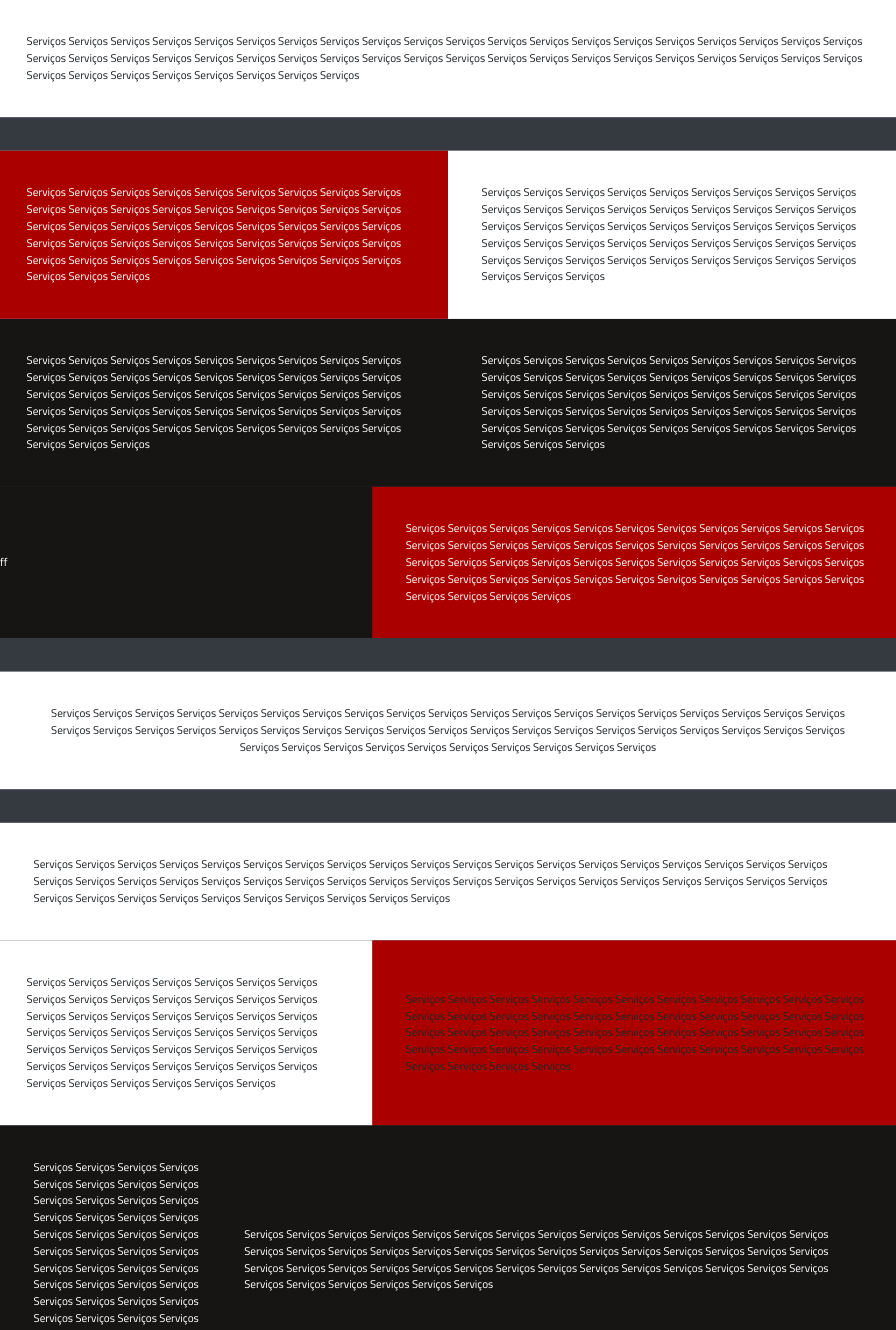
Repository: SkyTeam-Dev/Outlet_Site
Page: Site/index.html
An editor plug-in stored every save of this project. The page is shown before and after the next save, followed by the edit.
The browser window is 1280 px wide. The pictures show the part of the page from y = 1008 to 2908 px (the page is 3048 px tall before and 3028 px after), at 70% of full size.
Some web libraries are served in a nearby version.

Above is the page before, as saved 2025-03-21 09:15:05.

### Site/index.html
<!DOCTYPE html>
<html lang="pt-br">

<head>
    <title>:: Outlet by Skyteam ::</title>
    <!-- Define uma descrição otimizada para mecanismos de busca (Maximo 160 caracteres mas o recomendado é 50 caracteres) -->
    <meta name="description"
        content="CADASTRO SIMPLES, DESCONTOS E CASHBACK A viagem do seu cliente com as melhores condições Conectamos o agente a descontos imbatíveis Ofereça seus serviços a preços mais atrativos com a Outlet By Skyteam, uma plataforma para reservas de aéreo, hotelaria, seguro-viagem e locação nacional com descontos e cashback, projetada para qualquer agente de viagem" />
    <!-- Define palavras-chave (não tem mais impacto no Google, mas pode ajudar em outros mecanismos) -->
    <meta name="keywords" content="palavra-chave1, palavra-chave2, palavra-chave3">
    <meta charset="utf-8">
    <meta http-equiv="X-UA-Compatible" content="IE=edge">
    <link rel="canonical" href="https://outlet.tur.br/" />
    <link rel='shortlink' href='https://outlet.tur.br/' />

    <!-- Define a indexação pelos mecanismos de busca -->
    <meta name="robots" content="index, follow"> <!-- Para indexar e seguir links -->
    <meta name="googlebot" content="index, follow"> <!-- Específico para o Google -->
    <meta name="bingbot" content="index, follow"> <!-- Específico para o Bing -->

    <!-- GOOGLE JSON-LD para SEO -->
    <script type="application/ld+json">
        {
          "@context": "https://schema.org",
          "@type": "WebSite",
          "name": "Outlet by Skyteam",
          "url": "https://outlet.tur.br",
          "description": "CADASTRO SIMPLES, DESCONTOS E CASHBACK A viagem do seu cliente com as melhores condições Conectamos o agente a descontos imbatíveis Ofereça seus serviços a preços mais atrativos com a Outlet By Skyteam, uma plataforma para reservas de aéreo, hotelaria, seguro-viagem e locação nacional com descontos e cashback, projetada para qualquer agente de viagem.",
          "image": "https://outlet.tur.br/Templates/Default/Imagens/OG_Outlet_Base.jpg",
          "author": {
            "@type": "Person",
            "name": "Outlet"
          },
          "publisher": {
            "@type": "Organization",
            "name": "Outlet by Skyteam",
            "logo": {
              "@type": "ImageObject",
              "url": "https://outlet.tur.br/Templates/Default/Imagens/OG_Outlet_Base.jpg"
            }
          }
        }
        </script>
    <!-- GOOGLE JSON-LD para SEO -->

    <!-- Define o autor do conteúdo -->
    <meta name="author" content="Outlet by Skyteam">

    <!-- Controla como o Google exibe o snippet do site -->
    <meta name="google" content="nosnippet"> <!-- Impede snippets na SERP -->
    <meta name="google" content="max-snippet:-1, max-image-preview:large, max-video-preview:-1">
    <!-- Personaliza como o conteúdo é mostrado -->

    <!-- Diz ao Google para não traduzir a página automaticamente -->
    <meta name="google" content="notranslate">

    <!-- Define a geolocalização para buscas locais -->
    <meta name="DC.title" content="Outlet By SkyTeam" />
    <meta name="geo.region" content="BR-RS" />
    <meta name="geo.placename" content="Porto Alegre" />
    <meta name="geo.position" content="-30.030205;-51.229975" />
    <meta name="ICBM" content="-30.030205, -51.229975" />
    <!-- Criador do conteúdo -->
    <meta name="DC.creator" content="Outlet By SkyTeam">
    <!-- Assunto ou tema do conteúdo -->
    <meta name="DC.subject" content="CADASTRO SIMPLES, DESCONTOS E CASHBACK para qualquer agente de viagem"">
<!-- Descrição do conteúdo -->
<meta name=" DC.description"
        content="CADASTRO SIMPLES, DESCONTOS E CASHBACK A viagem do seu cliente com as melhores condições Conectamos o agente a descontos imbatíveis Ofereça seus serviços a preços mais atrativos com a Outlet By Skyteam, uma plataforma para reservas de aéreo, hotelaria, seguro-viagem e locação nacional com descontos e cashback, projetada para qualquer agente de viagem">

    <!-- Editora ou organização responsável -->
    <meta name="publisher" content="Outlet By SkyTeam">
    <!-- Identificador único (ex: URL, DOI) -->
    <meta name="identifier" content="https://outlet.tur.br">
    <!-- Idioma do conteúdo -->
    <meta name="language" content="pt-BR">

    <!-- Direitos autorais e licenciamento -->
    <meta name="rights" content="© 2025 Outlet By SkyTeam. Todos os direitos reservados.">


    <!-- Definição do protocolo Open Graph BASE -->
    <meta property="og:type" content="website">
    <!-- URL canônica da página -->
    <meta property="og:url" content="https://outlet.tur.br/">
    <!-- Título que aparecerá no compartilhamento -->
    <meta property="og:title" content="Outlet by Skyteam">
    <!-- Descrição curta e chamativa -->
    <meta property="og:description"
        content="CADASTRO SIMPLES, DESCONTOS E CASHBACK A viagem do seu cliente com as melhores condições Conectamos o agente a descontos imbatíveis Ofereça seus serviços a preços mais atrativos com a Outlet By Skyteam, uma plataforma para reservas de aéreo, hotelaria, seguro-viagem e locação nacional com descontos e cashback, projetada para qualquer agente de viagem">
    <!-- Imagem para exibição no compartilhamento -->
    <meta property="og:image" content="https://outlet.tur.br/Templates/Default/Imagens/OG_Outlet_Base.jpg">
    <!-- 1200x630 pixels é o tamanho recomendado pelo Facebook e outras redes sociais -->
    <meta property="og:image:alt" content="Logo da Outlet descrição">
    <!-- Especificações adicionais para a imagem -->
    <meta property="og:image:width" content="1200">
    <meta property="og:image:height" content="630">
    <!-- Nome do site (opcional, mas recomendado) -->
    <meta property="og:site_name" content="Outlet by Skyteam">
    <!-- Idioma da página -->
    <meta property="og:locale" content="pt_BR">
    <!-- Definição do protocolo Open Graph BASE -->

    <!-- Twitter Card -->
    <meta name="twitter:card" content="summary_large_image">
    <meta name="twitter:title" content="Outlet by Skyteam">
    <meta name="twitter:description"
        content="CADASTRO SIMPLES, DESCONTOS E CASHBACK A viagem do seu cliente com as melhores condições Conectamos o agente a descontos imbatíveis Ofereça seus serviços a preços mais atrativos com a Outlet By Skyteam, uma plataforma para reservas de aéreo, hotelaria, seguro-viagem e locação nacional com descontos e cashback, projetada para qualquer agente de viagem">
    <meta name="twitter:image" content="https://outlet.tur.br/Templates/Default/Imagens/OG_Outlet_Base.jpg">
    <!-- Twitter Card -->



    <meta name="viewport" content="width=device-width, initial-scale=1, shrink-to-fit=no">

    <link rel='preconnect' href='//fonts.googleapis.com' />
    <link rel="preconnect" href="//fonts.gstatic.com" crossorigin>
    <link rel='preconnect' href='//jsdelivr.net' />
    <link rel='preconnect' href='//cdn.jsdelivr.net' />
    <link rel='preconnect' href='//code.jquery.com' />



    <!-- CSS -->
    <link rel="stylesheet" href="https://cdn.jsdelivr.net/npm/font-awesome@4.7.0/css/font-awesome.min.css">
    <link rel="stylesheet" href="https://cdn.jsdelivr.net/npm/bootstrap@4.0.0/dist/css/bootstrap.min.css"
        integrity="sha384-Gn5384xqQ1aoWXA+058RXPxPg6fy4IWvTNh0E263XmFcJlSAwiGgFAW/dAiS6JXm" crossorigin="anonymous">
    <link rel="stylesheet" href="Templates/Default/CSS/bootstrap.css">
    <link rel="stylesheet" href="Templates/Default/CSS/Site.css">
    <!-- CSS -->

    <!-- Favicon -->


    <!-- Favicon e Theme Color-->
    <link rel="icon" type="image/png" href="Templates/Default/Imagens/Favicons/favicon-96x96.png" sizes="96x96" />
    <link rel="icon" type="image/svg+xml" href="Templates/Default/Imagens/Favicons/favicon.svg" />
    <link rel="shortcut icon" href="Templates/Default/Imagens/Favicons/favicon.ico" />
    <link rel="icon" href="Templates/Default/Imagens/Favicons/favicon.ico" type="image/x-icon">
    <link rel="apple-touch-icon" sizes="180x180" href="Templates/Default/Imagens/Favicons/apple-touch-icon.png" />
    <link rel="manifest" href="Templates/Default/Imagens/Favicons/site.webmanifest" />
    <link rel="apple-touch-icon" href="Templates/Default/Imagens/Favicons/favicon-96x96.png">
    <meta name="msapplication-TileImage" content="Templates/Default/Imagens/Favicons/favicon-96x96.png">
    <meta name="theme-color" content="#aa0000">
    <meta name="apple-mobile-web-app-capable" content="yes">
    <meta name="apple-mobile-web-app-status-bar-style" content="black-translucent">
    <meta name="msapplication-TileColor" content="#aa0000">
    <!-- Favicon -->


    <!-- Rastreamento e Comunicação -->

    <!-- Rastreamento e Comunicação -->
</head>

<body>

    <div class="container-fluid" id="Site">

        <div class="row bg-dark">

            <section class="hero" id="Cabecalho-Superior">
                <div class="container-fluid justify-content-center">
                    <!-- =========================== CABEÇALHO (NAVBAR) ============================ -->

                    <header class="p-0">
                        <nav class="col-lg-12 navbar navbar-expand-lg navbar-dark mt-5">
                            <div class="container">
                                <!-- Logo / Marca -->
                                <a class="navbar-brand" href="#">
                                    <!-- Pode inserir um logo ou texto -->
                                    <img src="Templates/Default/Imagens/LOGO1.png" class='img-fluid ml-3' alt="Logo"
                                        style="height: 60px;">
                                    <!-- Ou usar apenas texto:
                          <span>Outlet</span>
                          -->
                                </a>

                                <!-- Botão para exibir/ocultar menu no mobile -->
                                <button class="navbar-toggler" type="button" data-toggle="collapse"
                                    data-target="#navbarNav" aria-controls="navbarNav" aria-expanded="false"
                                    aria-label="Toggle navigation">
                                    <span class="navbar-toggler-icon"></span>
                                </button>

                                <!-- Itens de navegação -->
                                <div class="collapse navbar-collapse" id="navbarNav">
                                    <ul class="navbar-nav ml-auto">
                                        <!-- Ajuste as rotas conforme necessidade -->
                                        <li class="nav-item btn font-weight-bold">
                                            <a class="nav-link" href="#">Home</a>
                                        </li>
                                        <li class="nav-item btn font-weight-bold">
                                            <a class="nav-link" href="#">Cadastro</a>
                                        </li>
                                        <li class="nav-item btn font-weight-bold">
                                            <a class="nav-link" href="#">Dúvidas</a>
                                        </li>
                                        <li class="nav-item btn btn-primary text-white font-weight-bold">
                                            <a class="nav-link text-white" href="#">Portal Outlet</a>
                                        </li>
                                    </ul>
                                </div>
                            </div>
                        </nav>
                    </header>

                    <div class="row justify-content-center">

                        <div class="col-md-10 hero-content ">
                            <!-- Título principal -->
                            <h1 class="font-weight-light text-uppercase">Cadastro simples,</h1>
                            <h1 class="font-weight-bold text-uppercase">descontos intuitivos e Cashback</h1>
                            <!-- Texto de apoio -->
                            <h3>
                                A viagem do seu cliente com as melhores condições
                            </h3>
                            <!-- Botão de ação (CTA) -->
                            <a href="#" class="mt-5 btn btn-primary btn-lg">Começar Agora</a>
                        </div>
                        <div class="col-md-2 hero-content ">
                        </div>

                    </div>
                </div>
            </section>





            <div class="row bg-white mb-5">
                <div id="Servicos" class="col-xl-12 CentralizadorDeConteudo p-5">
                    Serviços Serviços Serviços Serviços Serviços Serviços Serviços Serviços Serviços Serviços Serviços
                    Serviços Serviços Serviços Serviços Serviços Serviços Serviços Serviços Serviços Serviços Serviços
                    Serviços Serviços Serviços Serviços Serviços Serviços Serviços Serviços Serviços Serviços Serviços
                    Serviços Serviços Serviços Serviços Serviços Serviços Serviços Serviços Serviços Serviços Serviços
                    Serviços Serviços Serviços Serviços
                </div>
            </div>

            <div id="Analise_Credito" class="row bg-white">
                <div class="col-xl-6 bg-primary text-white p-5 CentralizadorDeConteudo">
                    Serviços Serviços Serviços Serviços Serviços Serviços Serviços Serviços Serviços Serviços Serviços
                    Serviços Serviços Serviços Serviços Serviços Serviços Serviços Serviços Serviços Serviços Serviços
                    Serviços Serviços Serviços Serviços Serviços Serviços Serviços Serviços Serviços Serviços Serviços
                    Serviços Serviços Serviços Serviços Serviços Serviços Serviços Serviços Serviços Serviços Serviços
                    Serviços Serviços Serviços Serviços
                </div>
                <div class="col-xl-6 bg-white p-5 CentralizadorDeConteudo">
                    Serviços Serviços Serviços Serviços Serviços Serviços Serviços Serviços Serviços Serviços Serviços
                    Serviços Serviços Serviços Serviços Serviços Serviços Serviços Serviços Serviços Serviços Serviços
                    Serviços Serviços Serviços Serviços Serviços Serviços Serviços Serviços Serviços Serviços Serviços
                    Serviços Serviços Serviços Serviços Serviços Serviços Serviços Serviços Serviços Serviços Serviços
                    Serviços Serviços Serviços Serviços
                </div>
            </div>

            <div id="CheckList" class="row bg-gray-site text-white">
                <div class="col-xl-6 p-5 CentralizadorDeConteudo">
                    Serviços Serviços Serviços Serviços Serviços Serviços Serviços Serviços Serviços Serviços Serviços
                    Serviços Serviços Serviços Serviços Serviços Serviços Serviços Serviços Serviços Serviços Serviços
                    Serviços Serviços Serviços Serviços Serviços Serviços Serviços Serviços Serviços Serviços Serviços
                    Serviços Serviços Serviços Serviços Serviços Serviços Serviços Serviços Serviços Serviços Serviços
                    Serviços Serviços Serviços Serviços
                </div>
                <div class="col-xl-6 p-5 CentralizadorDeConteudo">
                    Serviços Serviços Serviços Serviços Serviços Serviços Serviços Serviços Serviços Serviços Serviços
                    Serviços Serviços Serviços Serviços Serviços Serviços Serviços Serviços Serviços Serviços Serviços
                    Serviços Serviços Serviços Serviços Serviços Serviços Serviços Serviços Serviços Serviços Serviços
                    Serviços Serviços Serviços Serviços Serviços Serviços Serviços Serviços Serviços Serviços Serviços
                    Serviços Serviços Serviços Serviços
                </div>
            </div>


            <div id="Pague_por_Pix" class="row text-white">
                <div class="col-xl-5 mb-5 CentralizadorDeConteudo bg-gray-site">
                    ff
                </div>
                <div class="col-xl-7 mb-5 p-5 CentralizadorDeConteudo bg-primary">
                    Serviços Serviços Serviços Serviços Serviços Serviços Serviços Serviços Serviços Serviços Serviços
                    Serviços Serviços Serviços Serviços Serviços Serviços Serviços Serviços Serviços Serviços Serviços
                    Serviços Serviços Serviços Serviços Serviços Serviços Serviços Serviços Serviços Serviços Serviços
                    Serviços Serviços Serviços Serviços Serviços Serviços Serviços Serviços Serviços Serviços Serviços
                    Serviços Serviços Serviços Serviços
                </div>
            </div>

            <div class="row bg-white mb-5 text-center p-5">
                <div id="Rentabilidade" class="col-xl-12 CentralizadorDeConteudo">
                    Serviços Serviços Serviços Serviços Serviços Serviços Serviços Serviços Serviços Serviços Serviços
                    Serviços Serviços Serviços Serviços Serviços Serviços Serviços Serviços Serviços Serviços Serviços
                    Serviços Serviços Serviços Serviços Serviços Serviços Serviços Serviços Serviços Serviços Serviços
                    Serviços Serviços Serviços Serviços Serviços Serviços Serviços Serviços Serviços Serviços Serviços
                    Serviços Serviços Serviços Serviços
                </div>
            </div>

            <div class="row bg-white p-5">
                <div id="CashBack" class="col-xl-12 CentralizadorDeConteudo">
                    Serviços Serviços Serviços Serviços Serviços Serviços Serviços Serviços Serviços Serviços Serviços
                    Serviços Serviços Serviços Serviços Serviços Serviços Serviços Serviços Serviços Serviços Serviços
                    Serviços Serviços Serviços Serviços Serviços Serviços Serviços Serviços Serviços Serviços Serviços
                    Serviços Serviços Serviços Serviços Serviços Serviços Serviços Serviços Serviços Serviços Serviços
                    Serviços Serviços Serviços Serviços
                </div>
            </div>

            <div id="Pos_Venda" class="row">
                <div class="col-xl-5 CentralizadorDeConteudo bg-white p-5">
                    Serviços Serviços Serviços Serviços Serviços Serviços Serviços Serviços Serviços Serviços Serviços
                    Serviços Serviços Serviços Serviços Serviços Serviços Serviços Serviços Serviços Serviços Serviços
                    Serviços Serviços Serviços Serviços Serviços Serviços Serviços Serviços Serviços Serviços Serviços
                    Serviços Serviços Serviços Serviços Serviços Serviços Serviços Serviços Serviços Serviços Serviços
                    Serviços Serviços Serviços Serviços
                </div>
                <div class="col-xl-7 CentralizadorDeConteudo bg-primary p-5">
                    Serviços Serviços Serviços Serviços Serviços Serviços Serviços Serviços Serviços Serviços Serviços
                    Serviços Serviços Serviços Serviços Serviços Serviços Serviços Serviços Serviços Serviços Serviços
                    Serviços Serviços Serviços Serviços Serviços Serviços Serviços Serviços Serviços Serviços Serviços
                    Serviços Serviços Serviços Serviços Serviços Serviços Serviços Serviços Serviços Serviços Serviços
                    Serviços Serviços Serviços Serviços
                </div>
            </div>

            <div id="Footer" class="row bg-gray-site text-white p-5">
                <div class="col-xl-3 mb-5 CentralizadorDeConteudo">
                    Serviços Serviços Serviços Serviços Serviços Serviços Serviços Serviços Serviços Serviços Serviços
                    Serviços Serviços Serviços Serviços Serviços Serviços Serviços Serviços Serviços Serviços Serviços
                    Serviços Serviços Serviços Serviços Serviços Serviços Serviços Serviços Serviços Serviços Serviços
                    Serviços Serviços Serviços Serviços Serviços Serviços Serviços Serviços Serviços Serviços Serviços
                    Serviços Serviços Serviços Serviços
                </div>
                <div class="col-xl-9 mb-5 CentralizadorDeConteudo">
                    Serviços Serviços Serviços Serviços Serviços Serviços Serviços Serviços Serviços Serviços Serviços
                    Serviços Serviços Serviços Serviços Serviços Serviços Serviços Serviços Serviços Serviços Serviços
                    Serviços Serviços Serviços Serviços Serviços Serviços Serviços Serviços Serviços Serviços Serviços
                    Serviços Serviços Serviços Serviços Serviços Serviços Serviços Serviços Serviços Serviços Serviços
                    Serviços Serviços Serviços Serviços
                </div>
            </div>

        </div>
    </div>

    <!-- Scripts Base -->
    <script src="https://code.jquery.com/jquery-3.2.1.slim.min.js"
        integrity="sha384-KJ3o2DKtIkvYIK3UENzmM7KCkRr/rE9/Qpg6aAZGJwFDMVNA/GpGFF93hXpG5KkN"
        crossorigin="anonymous"></script>
    <script src="https://cdn.jsdelivr.net/npm/popper.js@1.12.9/dist/umd/popper.min.js"
        integrity="sha384-ApNbgh9B+Y1QKtv3Rn7W3mgPxhU9K/ScQsAP7hUibX39j7fakFPskvXusvfa0b4Q"
        crossorigin="anonymous"></script>
    <script src="https://cdn.jsdelivr.net/npm/bootstrap@4.0.0/dist/js/bootstrap.min.js"
        integrity="sha384-JZR6Spejh4U02d8jOt6vLEHfe/JQGiRRSQQxSfFWpi1MquVdAyjUar5+76PVCmYl"
        crossorigin="anonymous"></script>
    <script src="https://cdn.jsdelivr.net/npm/jquery-match-height@0.7.2/dist/jquery.matchHeight.min.js"></script>
    <!-- Scripts Base -->




    <!-- Rastreamento e Comunicação -->

    <!-- Rastreamento e Comunicação -->

</body>

</html>

Loaded but not shown: Site/Templates/Default/CSS/bootstrap.css (library); Site/Templates/Default/WebFonts/WebFont.css (103 lines, source omitted); Site/Templates/Default/CSS/Site.css (64 lines, source omitted)

After the next save:
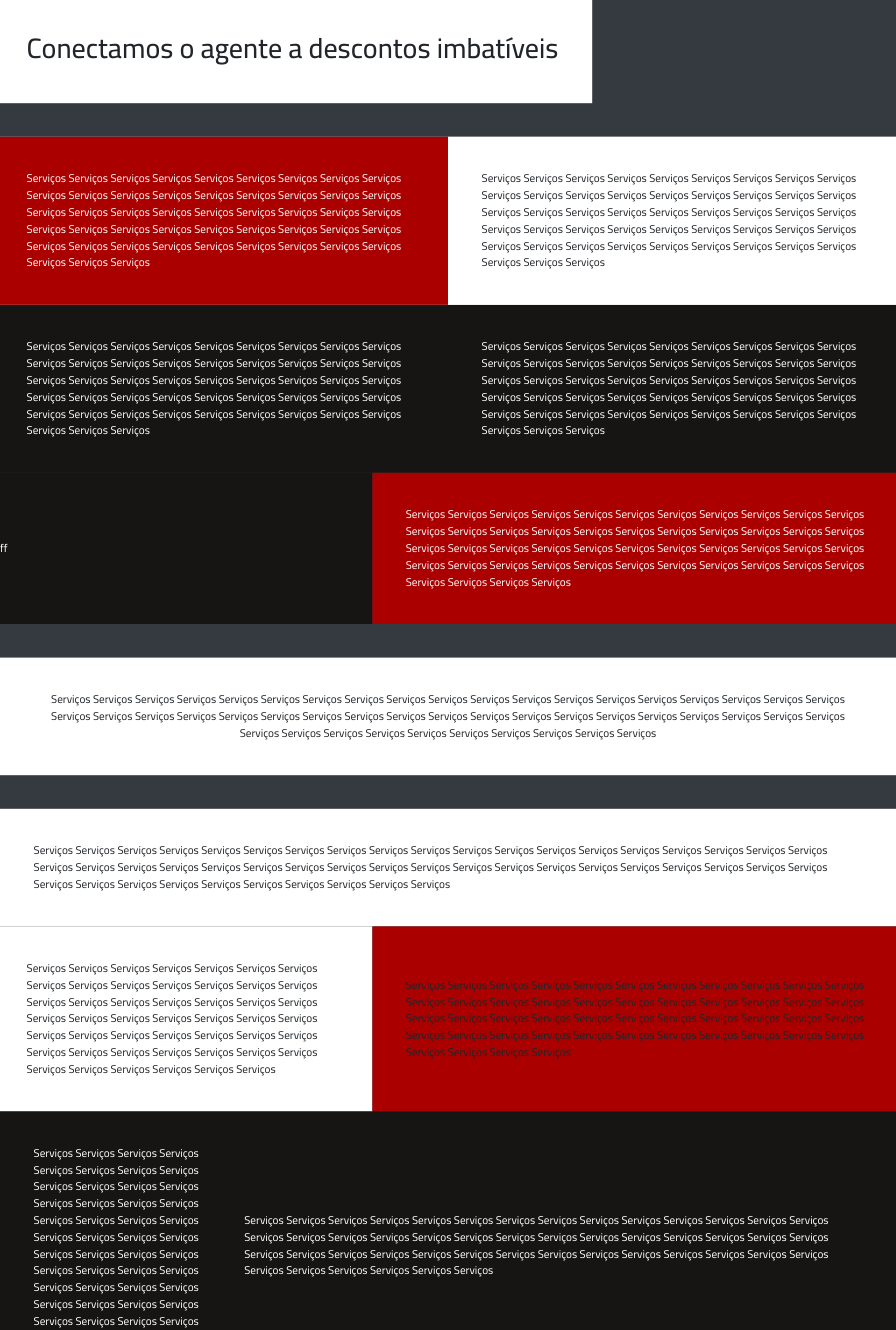
Saved 80 s later.
--- a/Site/index.html
+++ b/Site/index.html
@@ -231,11 +231,7 @@
 
             <div class="row bg-white mb-5">
                 <div id="Servicos" class="col-xl-12 CentralizadorDeConteudo p-5">
-                    Serviços Serviços Serviços Serviços Serviços Serviços Serviços Serviços Serviços Serviços Serviços
-                    Serviços Serviços Serviços Serviços Serviços Serviços Serviços Serviços Serviços Serviços Serviços
-                    Serviços Serviços Serviços Serviços Serviços Serviços Serviços Serviços Serviços Serviços Serviços
-                    Serviços Serviços Serviços Serviços Serviços Serviços Serviços Serviços Serviços Serviços Serviços
-                    Serviços Serviços Serviços Serviços
+                    <h1>Conectamos o agente a descontos imbatíveis</h1>
                 </div>
             </div>
 
